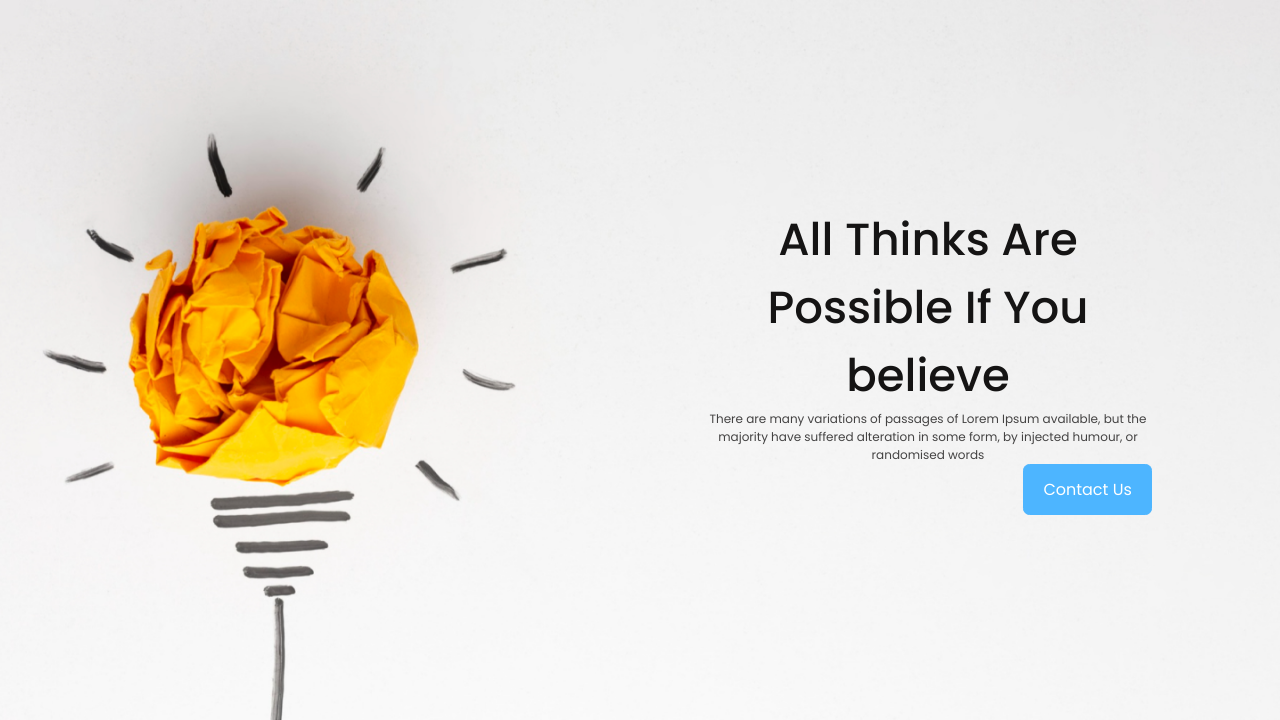
Repository: mdrubel02/new-year-new-mission
Page: index.html
These files come from the project's save history. The page is drawn as it stood at one moment and after the next save; the edit follows.
The browser window is 1280 px wide. The pictures show the whole page.

Above is the page before, as saved 2023-01-06 22:27:50.

After the next save:
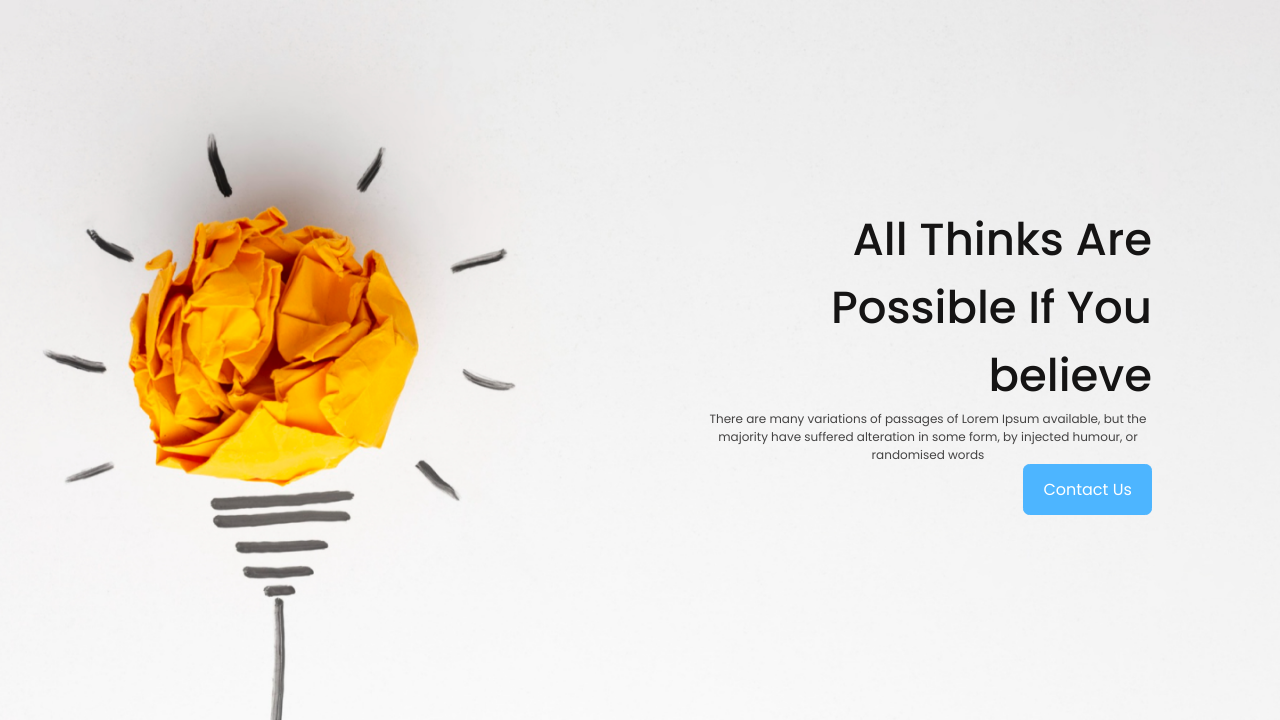
Saved 25 s later.
--- a/index.css
+++ b/index.css
@@ -91,6 +91,7 @@ a:hover {
 .banner h1{
     font-size: 45px;
     color: #151414;
+    text-align: end;
 }
 .banner p{
     color: #444343;
